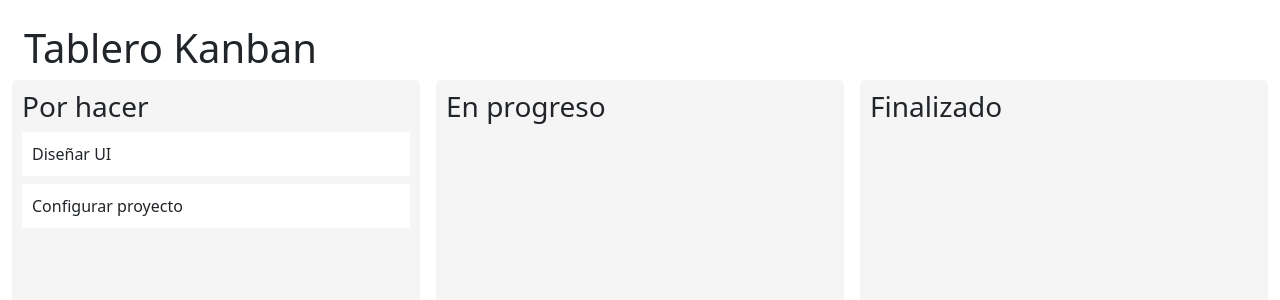
Repository: osoriomrs/DWEC
Page: EJER_15/Ejercicio2/index.html
The author's editor kept a copy of each file at every save. The page is drawn from the files as they stood at one save, then again after the next save.
The browser window is 1280 px wide. The pictures show the whole page.
The page's requests for data from a server got no answer.

Above is the page before, as saved 2026-01-13 10:50:02.

After the next save:
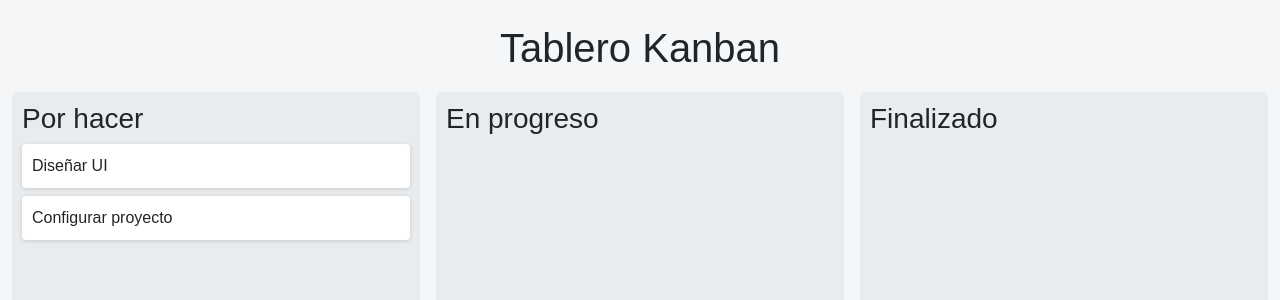
Saved 39 s later.
--- a/EJER_15/Ejercicio2/index.html
+++ b/EJER_15/Ejercicio2/index.html
@@ -4,12 +4,8 @@
   <meta charset="UTF-8">
   <title>Kanban</title>
   <link href="https://cdn.jsdelivr.net/npm/bootstrap@5.3.2/dist/css/bootstrap.min.css" rel="stylesheet">
-  <style>
-    .columna { min-height: 300px; background: #f5f5f5; padding: 10px; border-radius: 5px }
-    .tarjeta { background: white; padding: 10px; margin-bottom: 8px; cursor: grab }
-    .dragging { opacity: 0.5 }
-    .columna.drag-over { background: #dfefff }
-  </style>
+  <link rel="stylesheet" href="styles/style.css">
+
 </head>
 <body class="p-4">
 
